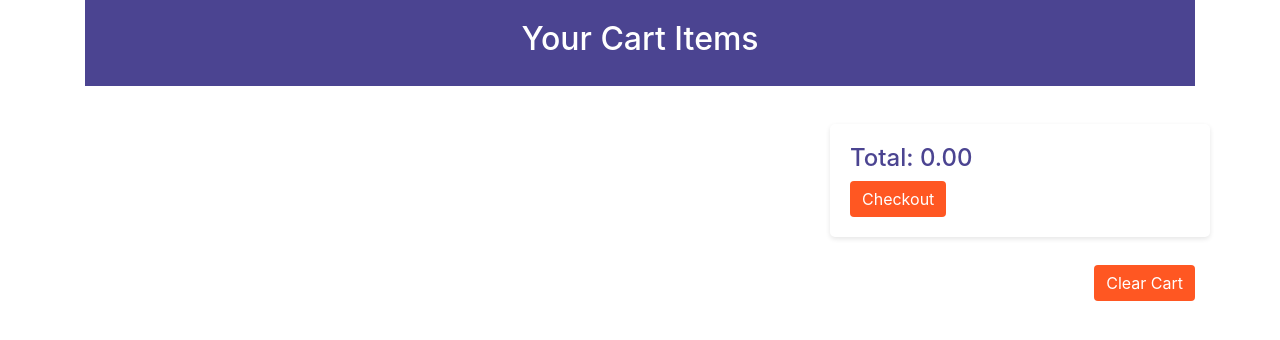
Repository: OraonShivam21/wonderwave-travels
Page: cart/index.html
These files come from the project's save history. The page is drawn as it stood at one moment and after the next save; the edit follows.
The browser window is 1280 px wide. The pictures show the whole page.

Above is the page before, as saved 2023-12-16 16:08:27.

After the next save:
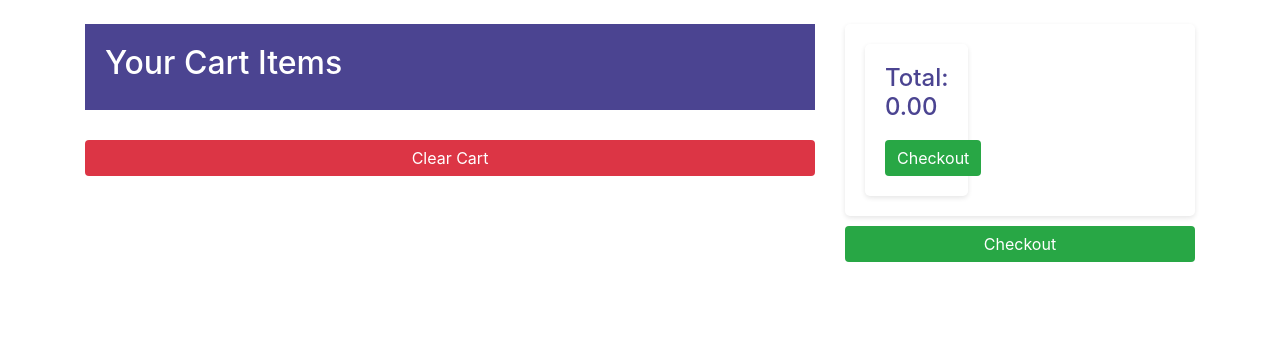
Saved 4 min 50 s later.
--- a/cart/index.html
+++ b/cart/index.html
@@ -27,67 +27,69 @@
             background-color: #fff;
             border-radius: 5px;
             box-shadow: 0 2px 5px rgba(0, 0, 0, 0.1);
-            margin-bottom: 20px;
+            position: sticky;
+            top: 20px;
+            /* Adjust based on your header height */
         }
 
         .cart-summary h4 {
             color: #4B4491;
         }
 
-        .remove-item-btn,
-        .clear-cart-btn,
-        .checkout-btn {
+        .remove-item-btn {
             background-color: #FF5722;
             color: white;
             border: none;
         }
 
-        .remove-item-btn:hover,
-        .clear-cart-btn:hover,
-        .checkout-btn:hover {
+        .remove-item-btn:hover {
             background-color: #E64A19;
         }
 
-        .cart-container {
-            margin-top: 30px;
+        .clear-cart-btn {
+            background-color: #dc3545;
+            color: white;
+            border: none;
+            margin-top: 10px;
         }
 
-        .cart-total {
-            text-align: right;
+        .clear-cart-btn:hover {
+            background-color: #c82333;
         }
 
-        .btn-group {
-            width: 100%;
+        .checkout-btn {
+            background-color: #28a745;
+            color: white;
+            border: none;
+            margin-top: 10px;
         }
 
-        .btn-group>button {
-            width: 49%;
-        }
-
-        /* Responsive adjustments */
-        @media (max-width: 768px) {
-            .btn-group>button {
-                width: 100%;
-                margin-bottom: 10px;
-            }
+        .checkout-btn:hover {
+            background-color: #218838;
         }
     </style>
 </head>
 
 <body>
-    <div class="container">
-        <div class="cart-header text-center">
-            <h2>Your Cart Items</h2>
-        </div>
-        <div id="cart-items" class="row">
-            <!-- Cart items will be loaded here dynamically -->
-        </div>
-        <div id="cart-summary" class="row justify-content-end mt-2">
-            <!-- Cart summary will be loaded here dynamically -->
-        </div>
+    <div class="container mt-4">
         <div class="row">
-            <div class="col text-right mt-2">
-                <button id="clear-cart" class="btn clear-cart-btn">Clear Cart</button>
+            <!-- Cart Items Container -->
+            <div class="col-lg-8">
+                <div class="cart-header">
+                    <h2>Your Cart Items</h2>
+                </div>
+                <div id="cart-items">
+                    <!-- Cart items will be loaded here dynamically -->
+                </div>
+                <button id="clear-cart" class="btn clear-cart-btn btn-block">Clear Cart</button>
+            </div>
+
+            <!-- Cart Summary Container -->
+            <div class="col-lg-4">
+                <div id="cart-summary" class="cart-summary">
+                    <!-- Cart summary will be loaded here dynamically -->
+                </div>
+                <button class="btn checkout-btn btn-block">Checkout</button>
             </div>
         </div>
     </div>
